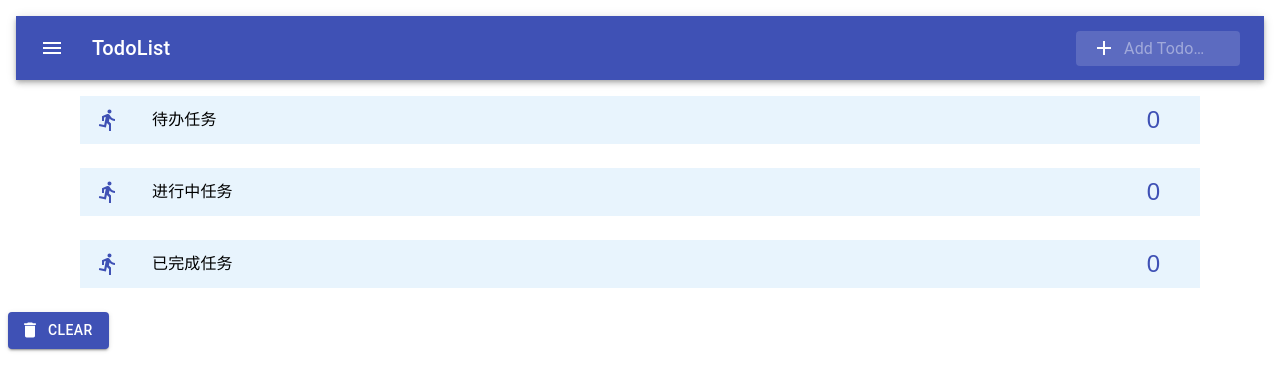
Repository: harperl71/TodoList
Page: /
The author's editor kept a copy of each file at every save. The page is drawn from the files as they stood at one save, then again after a run of saves.
The browser window is 1280 px wide. The pictures show the whole page.
The project was rebuilt for these pictures with package versions that can differ from the ones it lists, and the page was loaded fresh each time. Also part of the build but not shown: src/components/content/task-item/index.tsx.

Above is the page before, as saved 2021-05-21 15:08:04.

### src/App.tsx
import React from "react";
import Header from "./components/header";
import Content from "./components/content";
import Footer from "./components/footer";
import Myprovider from "./context";

function App() {
  return (
    <div className="APP">
      <Myprovider>
        <Header />
        <Content />
        <Footer />
      </Myprovider>
    </div>
  );
}

export default App;

### src/components/header/index.tsx
import React, { useContext } from "react";
import { MyContext } from "../../context";
import AppBar from "@material-ui/core/AppBar";
import Toolbar from "@material-ui/core/Toolbar";
import IconButton from "@material-ui/core/IconButton";
import Typography from "@material-ui/core/Typography";
import InputBase from "@material-ui/core/InputBase";
import { makeStyles, fade } from "@material-ui/core/styles";
import MenuIcon from "@material-ui/icons/Menu";
import AddIcon from "@material-ui/icons/Add";

const useStyles = makeStyles((theme) => ({
  header: {
    margin: theme.spacing(2),
    justifyContent: "space-between",
  },
  listButton: {
    marginRight: theme.spacing(2),
  },
  title: {
    flexGrow: 1,
    display: "none",
    [theme.breakpoints.up("sm")]: {
      display: "block",
    },
  },
  search: {
    position: "relative",
    borderRadius: theme.shape.borderRadius,
    backgroundColor: fade(theme.palette.common.white, 0.15),
    "&:hover": {
      backgroundColor: fade(theme.palette.common.white, 0.25),
    },
    marginLeft: 0,
    width: "100%",
    [theme.breakpoints.up("sm")]: {
      marginLeft: theme.spacing(1),
      width: "auto",
    },
  },
  addIcon: {
    padding: theme.spacing(0, 2),
    height: "100%",
    position: "absolute",
    pointerEvents: "none",
    display: "flex",
    alignItems: "center",
    justifyContent: "center",
  },
  inputRoot: {
    color: "inherit",
  },
  inputInput: {
    padding: theme.spacing(1, 1, 1, 0),
    // vertical padding + font size from searchIcon
    paddingLeft: `calc(1em + ${theme.spacing(4)}px)`,
    transition: theme.transitions.create("width"),
    width: "100%",
    [theme.breakpoints.up("sm")]: {
      width: "12ch",
      "&:focus": {
        width: "20ch",
      },
    },
  },
}));

export default function SearchAppBar() {
  const classes = useStyles();
  const { Add } = useContext(MyContext);

  const enterPress = (evt: React.SyntheticEvent) => {
    if (
      (evt as KeyboardEventInit).code === "Enter" &&
      (evt.target as HTMLInputElement).value !== ""
    ) {
      Add((evt.target as HTMLInputElement).value);
      (evt.target as HTMLInputElement).value = "";
    }
  };

  return (
    <div className={classes.header}>
      <AppBar position="static">
        <Toolbar>
          <IconButton
            edge="start"
            className={classes.listButton}
            color="inherit"
            aria-label="open drawer"
          >
            <MenuIcon />
          </IconButton>
          <Typography className={classes.title} variant="h6" noWrap>
            TodoList
          </Typography>
          <div className={classes.search}>
            <div className={classes.addIcon}>
              <AddIcon />
            </div>
            <InputBase
              placeholder="Add Todo…"
              required
              classes={{
                root: classes.inputRoot,
                input: classes.inputInput,
              }}
              onKeyPress={enterPress}
            />
          </div>
        </Toolbar>
      </AppBar>
    </div>
  );
}

### src/components/content/index.tsx
import React, { Fragment } from "react";
import TaskList from "./task-list";
import { makeStyles } from "@material-ui/core";

const useStyles = makeStyles((theme) => ({
  content: {
    margin: theme.spacing(0, 6),
    justifyContent: "center",
  },
}));

const Content = () => {
  const classes = useStyles();
  return (
    <div className={classes.content}>
      <Fragment>
        <TaskList title="待办任务" status="todo" />
        <TaskList title="进行中任务" status="doing" />
        <TaskList title="已完成任务" status="done" />
      </Fragment>
    </div>
  );
};

export default Content;

### src/components/footer/index.tsx
import React, { useContext } from "react";
import { MyContext } from "../../context";
import { makeStyles, Button } from "@material-ui/core";
import DeleteIcon from "@material-ui/icons/Delete";

const useStyles = makeStyles((theme) => ({
  footer: {},
  button: {
    margin: theme.spacing(1),
    justifyContent: "center",
  },
}));

const Footer = () => {
  const { Clear } = useContext(MyContext);

  const classes = useStyles();

  return (
    <div className={classes.footer}>
      <Button
        variant="contained"
        color="primary"
        className={classes.button}
        startIcon={<DeleteIcon />}
        onClick={() => {
          Clear();
        }}
      >
        Clear
      </Button>
    </div>
  );
};

export default Footer;

### src/context/index.tsx
import React, { createContext, useState } from "react";

export interface TodoProps {
  id: number;
  text: string;
  status: string;
}

export interface ContextProps {
  todoList: TodoProps[];
  Add: (item: string) => void;
  Delete: (id: number) => void;
  Remove: (index: number, status: string) => void;
  Clear: () => void;
}

export const MyContext = createContext({} as ContextProps);

const Myprovider = (props: React.PropsWithChildren<{}>) => {
  const [todoList, setList] = useState<TodoProps[]>([]);

  const Add = (item: string) => {
    const listItem = {
      id: new Date().getTime(),
      text: item,
      status: "todo",
    };
    setList([...todoList, listItem]);
  };
  //console.log(...todoList);

  const Delete = (id: number) => {
    setList(todoList.filter((item) => item.id !== id));
  };

  const Remove = (id: number, status: string) => {
    //注：map遍历改变原数组！
    if (status === "todo") {
      setList(
        todoList.map((item) => {
          if (item.id === id) {
            item.status = "doing";
          }
          return item;
        })
      );
    }
    if (status === "doing") {
      setList(
        todoList.map((item) => {
          if (item.id === id) {
            item.status = "done";
          }
          return item;
        })
      );
    }
  };

  const Clear = () => setList([]);

  return (
    <MyContext.Provider value={{ todoList, Add, Delete, Remove, Clear }}>
      {props.children}
    </MyContext.Provider>
  );
};

export default Myprovider;

### src/components/content/task-list/index.tsx
import React, { useContext } from "react";
import TaskItem from "../task-item";
import { MyContext } from "../../../context";
import {
  makeStyles,
  List,
  ListItem,
  ListItemIcon,
  ListItemText,
  IconButton,
} from "@material-ui/core";
import DirectionsRunIcon from "@material-ui/icons/DirectionsRun";

const useStyles = makeStyles((theme) => ({
  list: {
    margin: theme.spacing(0, 4),
    justifyContent: "space-between",
    padding: 0,
  },
  listHeader: {
    marginTop: theme.spacing(1),
    backgroundColor: "#e8f4fd",
  },
  listTitle: {
    justifyContent: "center",
  },
  listnum: {
    marginRight: theme.spacing(3),
    padding: 0,
    color: "secondary",
  },
  listContent: {
    padding: 0,
  },
}));

interface Iprops {
  title: string;
  status: string;
}

const TaskList = ({ title, status }: Iprops) => {
  const classes = useStyles();

  const { todoList } = useContext(MyContext);
  console.log(todoList);
  console.log(status);

  return (
    <div className="task-list">
      <List
        className={classes.list}
        component="nav"
        aria-label="main mailbox folders"
      >
        <ListItem className={classes.listHeader} button>
          <ListItemIcon>
            <DirectionsRunIcon color="primary" />
          </ListItemIcon>
          <ListItemText primary={title} />
          <IconButton
            className={classes.listnum}
            color="primary"
            aria-label="list-num"
          >
            {
              todoList.filter((item) => {
                return item.status === status;
              }).length
            }
          </IconButton>
        </ListItem>
        <List className={title}>
          {todoList
            .filter((item) => {
              return item.status === status;
            })
            .map((item) => {
              return <TaskItem Item={item} />;
            })}
        </List>
      </List>
    </div>
  );
};

export default TaskList;

Loaded but not shown: public/index.html (common file); src/index.tsx (common file); src/index.css (common file); src/reportWebVitals.ts (common file)

After the next 2 saves:
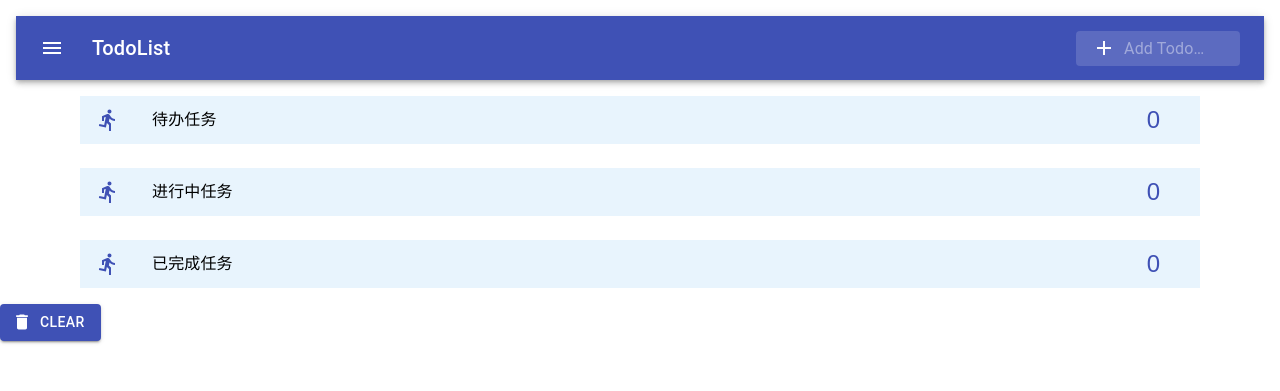
The 2 saves are shown as one change because 1 did not build or start.
The last was saved 2 min 33 s later.
--- a/src/components/footer/index.tsx
+++ b/src/components/footer/index.tsx
@@ -6,8 +6,7 @@ import DeleteIcon from "@material-ui/icons/Delete";
 const useStyles = makeStyles((theme) => ({
   footer: {},
   button: {
-    margin: theme.spacing(1),
-    justifyContent: "center",
+    flexGrow: 1,
   },
 }));
 
